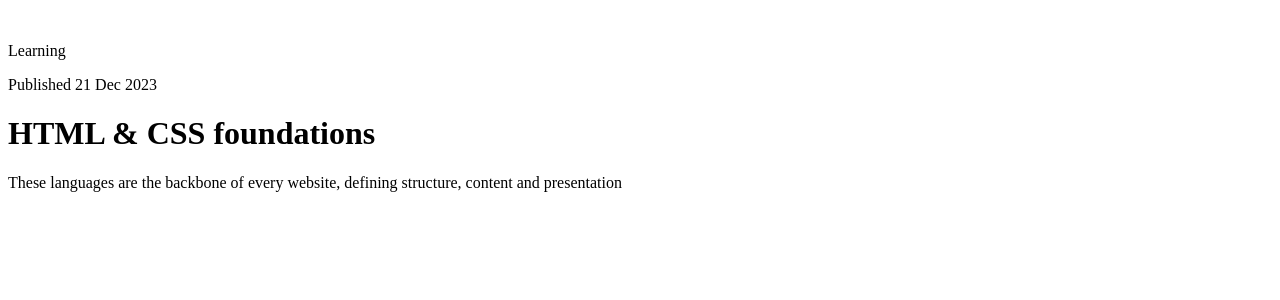
Repository: brandontaylor1/blogpreviewcard
Page: index.html
An editor plug-in stored every save of this project. The page is shown before and after a run of saves, followed by the edit.
The browser window is 1280 px wide. The pictures show the whole page.

Above is the page before, as saved 2024-12-25 10:49:04.

After the next 2 saves:
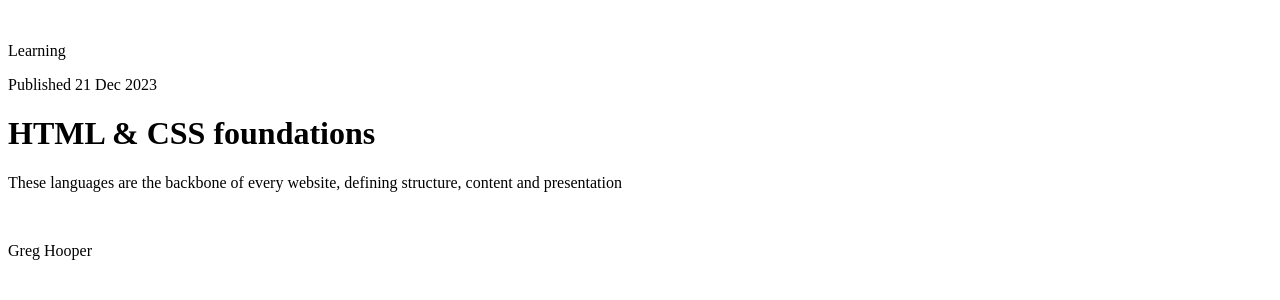
The 2 saves are shown as one change because they came seconds apart.
The last was saved 7 s later.
--- a/index.html
+++ b/index.html
@@ -18,6 +18,7 @@
         </div>
         <div class="user-footer">
             <img src="" alt="">
+            <p>Greg Hooper</p>
         </div>
     </main>
 </body>
